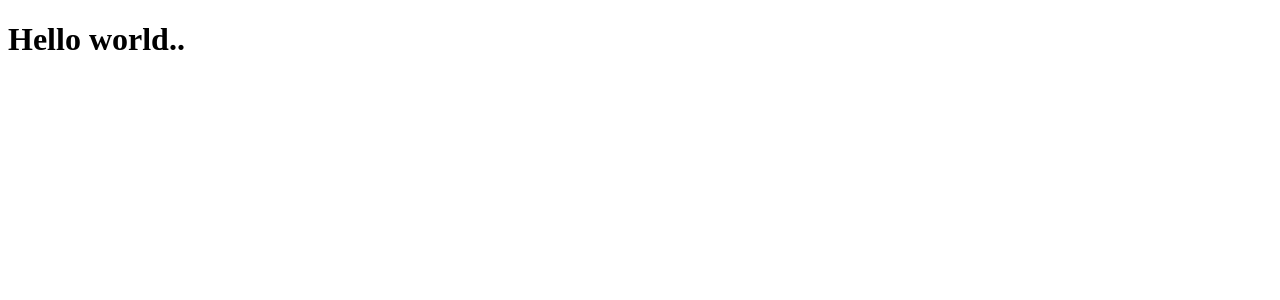
Repository: sujeong1799/JSP
Page: http://localhost/jsp_study/
These files come from the project's save history. The page is drawn as it stood at one moment and after the next save; the edit follows.
The browser window is 1280 px wide. The pictures show the whole page.
The page is served by Tomcat 9. Nobody is signed in. The application's start-up code is not run. Other server files are loaded and not shown.

Above is the page before, as saved 2023-05-10 08:11:41.

### jsp_project1/jsp_study/src/main/webapp/index.jsp
<%@ page language="java" contentType="text/html; charset=UTF-8"
    pageEncoding="UTF-8"%>
<!DOCTYPE html>
<html>
<head>
<meta charset="UTF-8">
<title>index</title>
</head>
<body>
	<h1>
		Hello world..
	</h1>

</body>
</html>

After the next save:
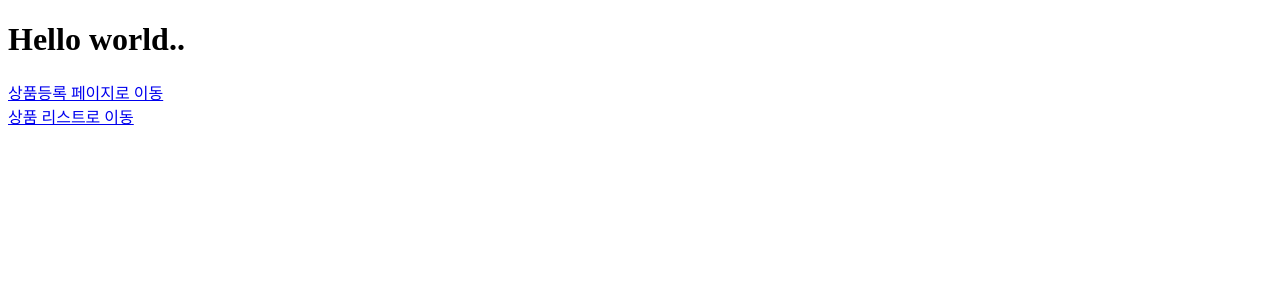
Saved 16 h 3 min later.
--- a/jsp_project1/jsp_study/src/main/webapp/index.jsp
+++ b/jsp_project1/jsp_study/src/main/webapp/index.jsp
@@ -11,5 +11,13 @@
 		Hello world..
 	</h1>
 
+	<%-- .pd를 쓰면 productController로 보내겠다는 의미,
+	모든 jsp 파일은 컨트롤러에 갔다가 컨트롤러 처리를 받고 jsp로 갈거임 --%>
+
+	<a href="register.pd">상품등록 페이지로 이동</a>
+	<br>
+	<a href="list.pd">상품 리스트로 이동</a>
+
+
 </body>
 </html>
